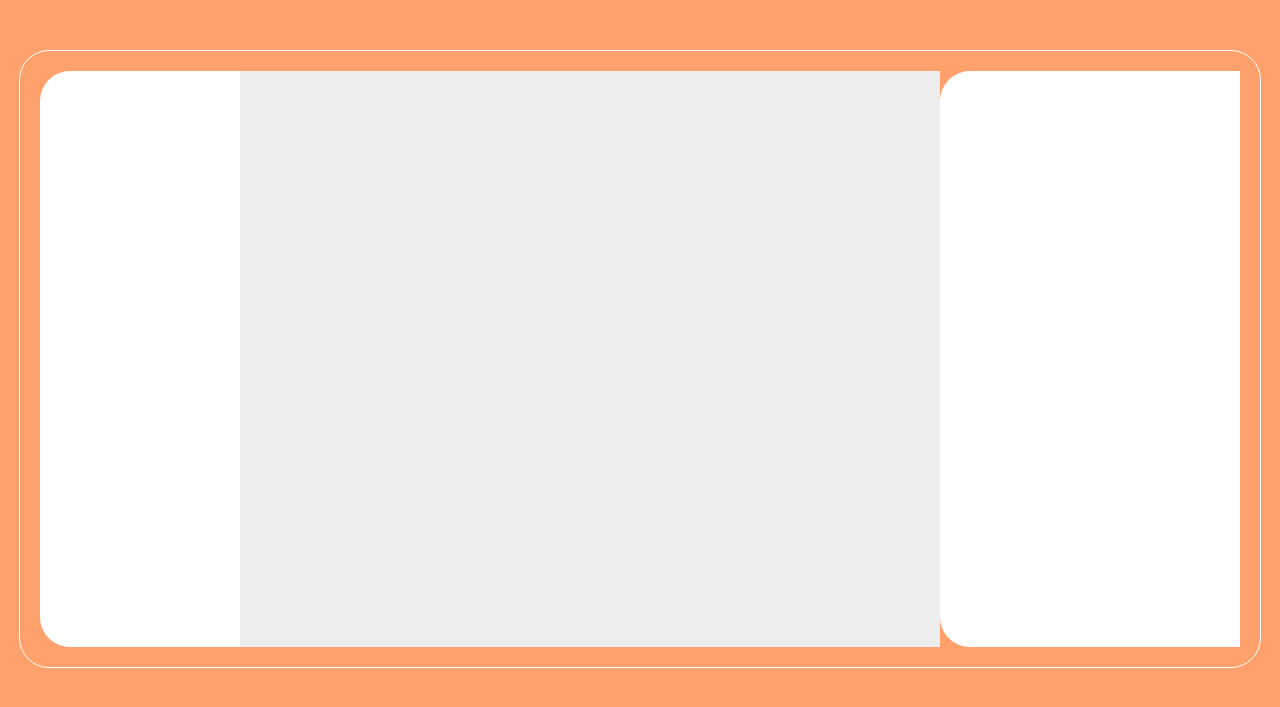
Repository: hnguyeng/tiemnhabo
Page: index.html
These files come from the project's save history. The page is drawn as it stood at one moment and after the next save; the edit follows.
The browser window is 1280 px wide. The pictures show the whole page.

Above is the page before, as saved 2022-12-13 00:44:44.

After the next save:
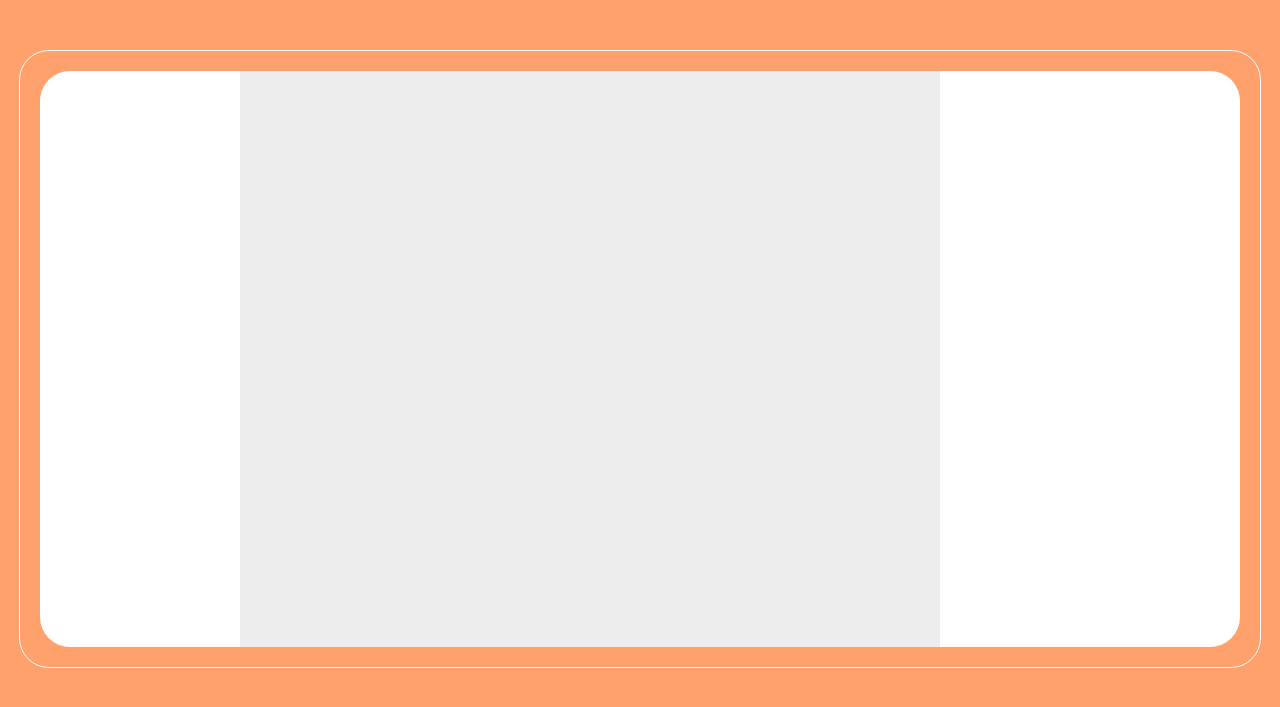
Saved 55 s later.
--- a/style.css
+++ b/style.css
@@ -27,8 +27,8 @@
  }
  .container .cart{
     background-color: var(--white);
-    border-top-left-radius: 30px;
-    border-bottom-left-radius: 30px;
+    border-top-right-radius: 30px;
+    border-bottom-right-radius: 30px;
  }
  .container .center{
     background-color: var(--light);
